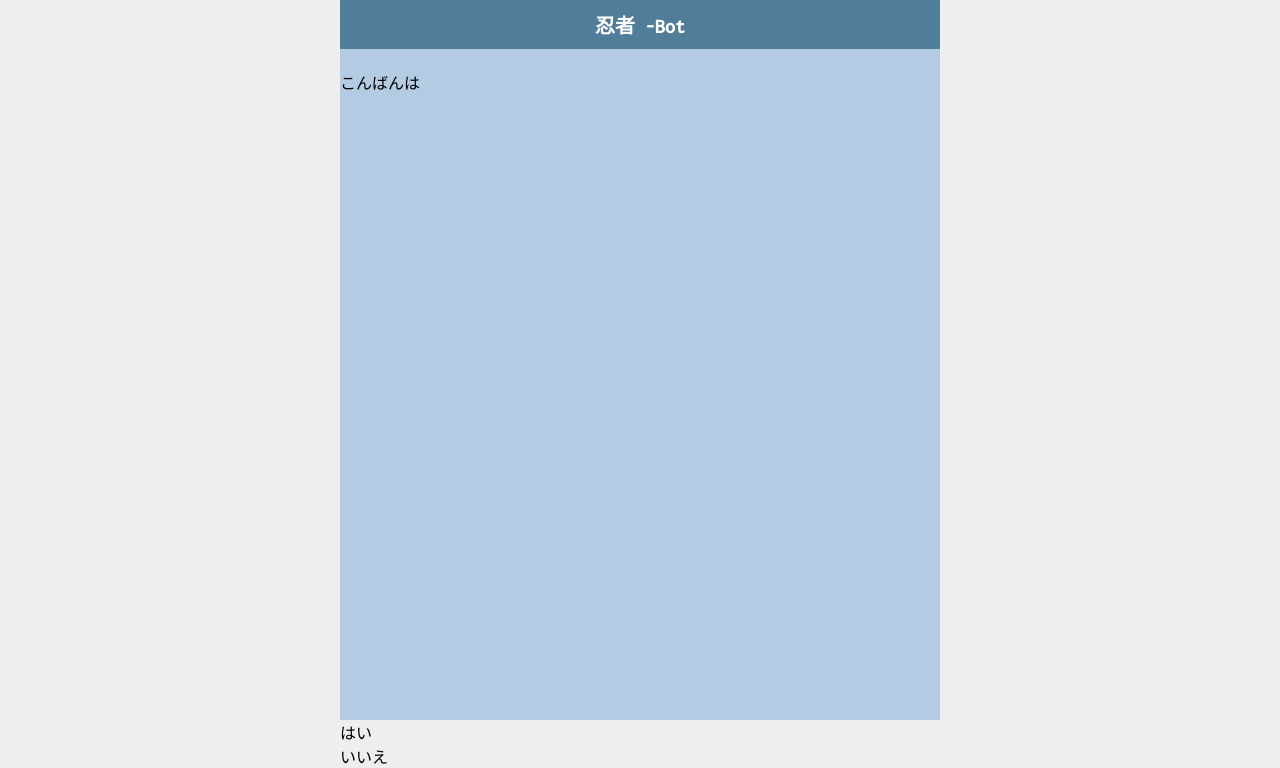
Repository: t0chan/bot
Page: index.html
An editor plug-in stored every save of this project. The page is shown before and after a run of saves, followed by the edit.
The browser window is 1280 px wide. The pictures show the whole page.

Above is the page before, as saved 2021-11-01 18:35:16.

After the next 5 saves:
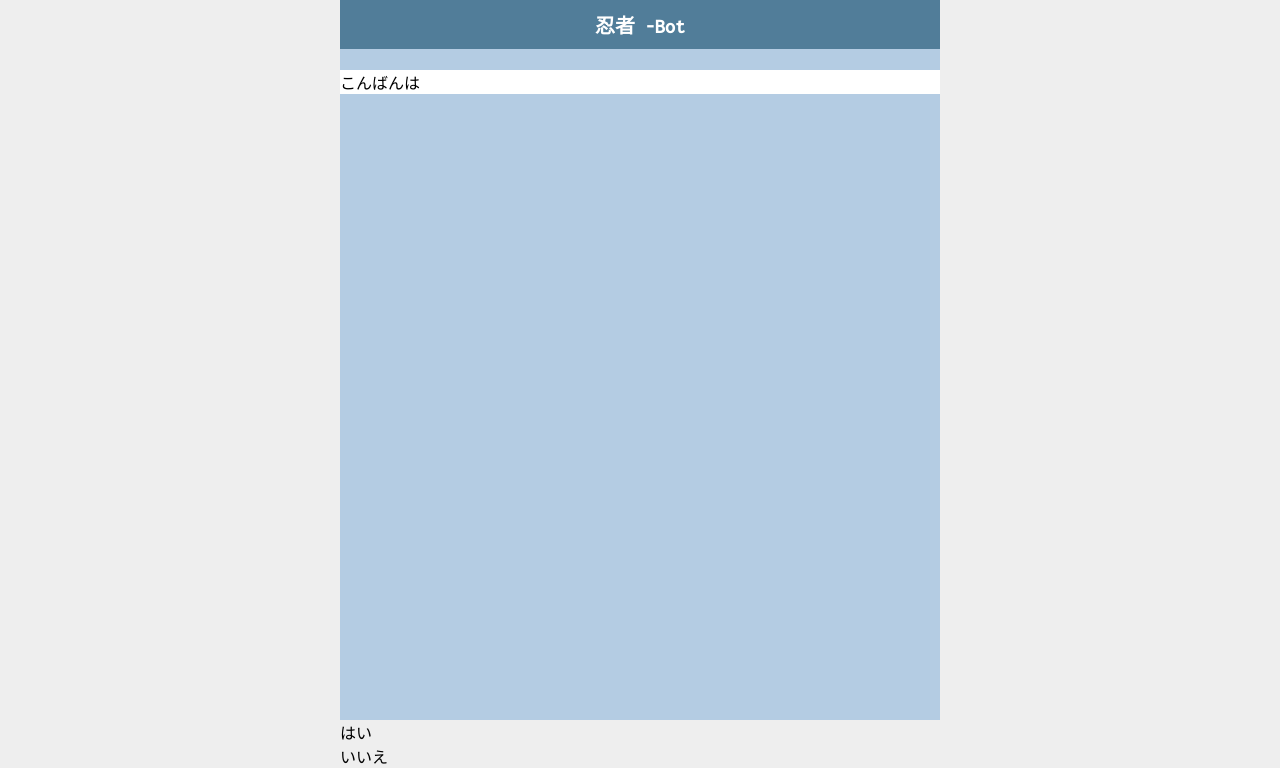
The 5 saves are shown as one change because they came seconds apart.
The last was saved 11 s later.
--- a/style.css
+++ b/style.css
@@ -56,5 +56,6 @@
 }
 
 #chat-ul li {
-
+    background-color: #fff
+    ;
 }
